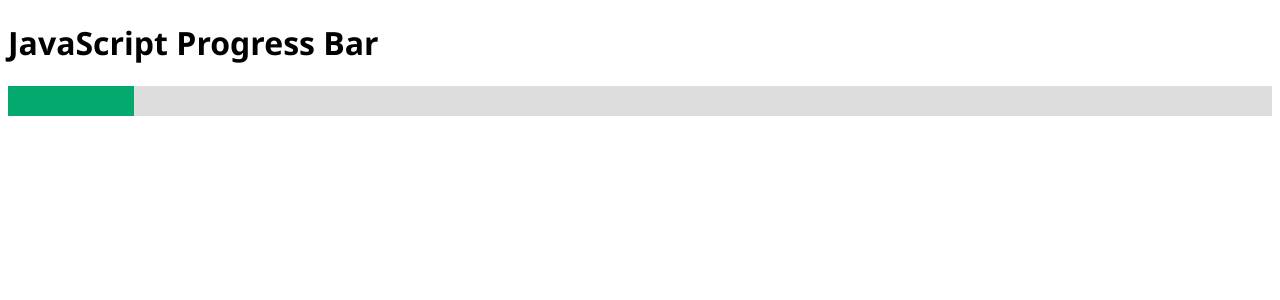
Repository: end888160/end888160.github.io
Page: test.html
An editor plug-in stored every save of this project. The page is shown before and after the next save, followed by the edit.
The browser window is 1280 px wide. The pictures show the whole page.

Above is the page before, as saved 2024-09-21 21:25:49.
Console error: SyntaxError: missing ) after argument list

After the next save:
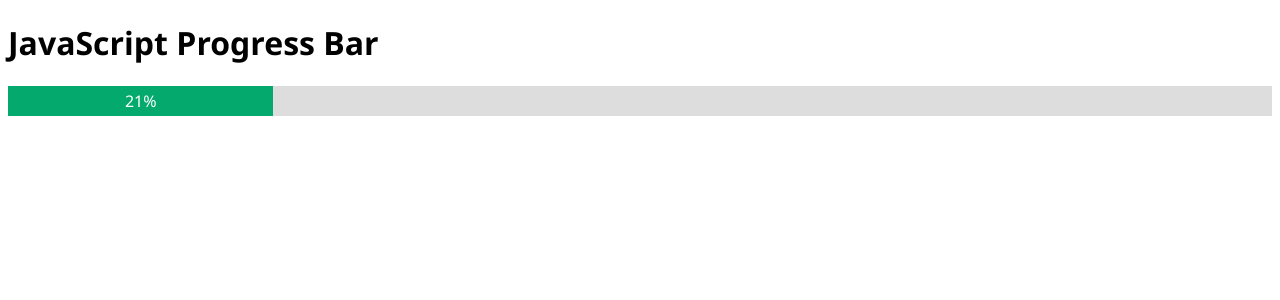
The error is gone.
Saved 4 min 19 s later.
--- a/test.html
+++ b/test.html
@@ -29,9 +29,7 @@
 <br>
 
 <script>
-
-var i = 0;
-var percent = new Date().getSeconds()
+	var i=0
 function progress(percent) {
   if (i == 0) {
     i = 1;
@@ -48,10 +46,11 @@ function progress(percent) {
       }
     }
   }
+
 }
 function count() {
-	progress(
-	setTimeout(count, 1);
+	progress(new Date().getSeconds());
+	setTimeout(count, 1)
 }
 count()
 </script>
